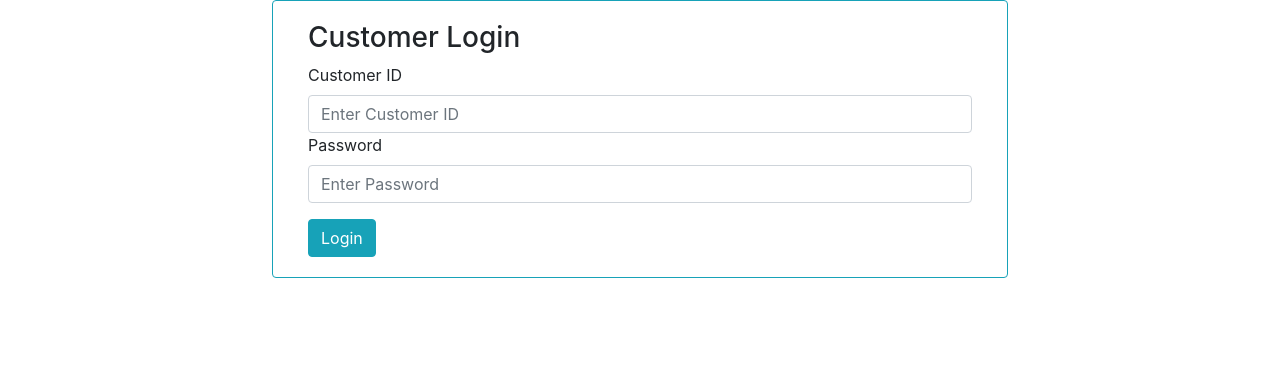
Repository: hrishibhattu/CodeFury-Internal-2
Page: http://localhost/ToYoDo/JSP/customerLogin.jsp
The author's editor kept a copy of each file at every save. The page is drawn from the files as they stood at one save, then again after the next save.
The browser window is 1280 px wide. The pictures show the whole page.
Some web libraries are served in a nearby version. The page is served by Tomcat 9.

Above is the page before, as saved 2021-09-17 20:16:42.

After the next save:
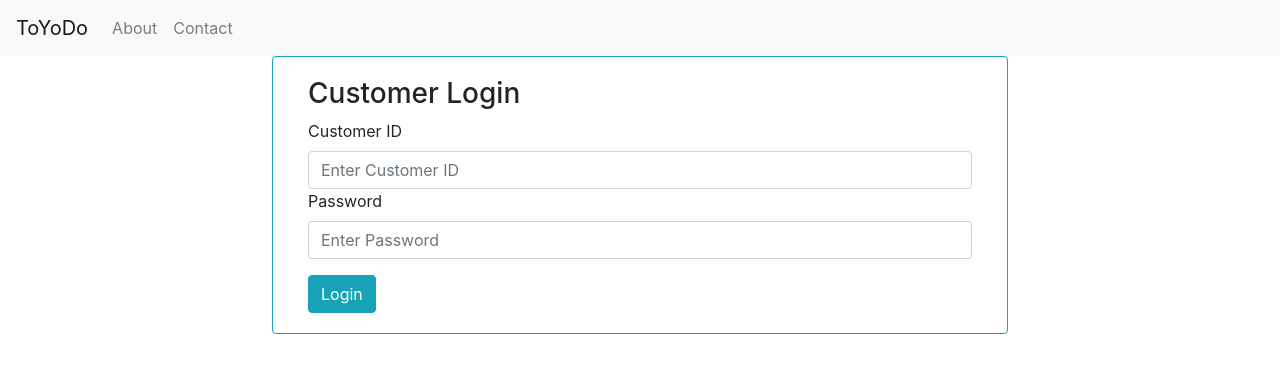
Saved 61 s later.
--- a/ToYoDo/WebContent/JSP/customerLogin.jsp
+++ b/ToYoDo/WebContent/JSP/customerLogin.jsp
@@ -31,6 +31,7 @@
 </script>
 </head>
 <body>
+	<%@include file="/WEB-INF/nav/indexNav.html" %>
 
 	<%
 		String loginStatus = (String) request.getAttribute("loginStatus");
